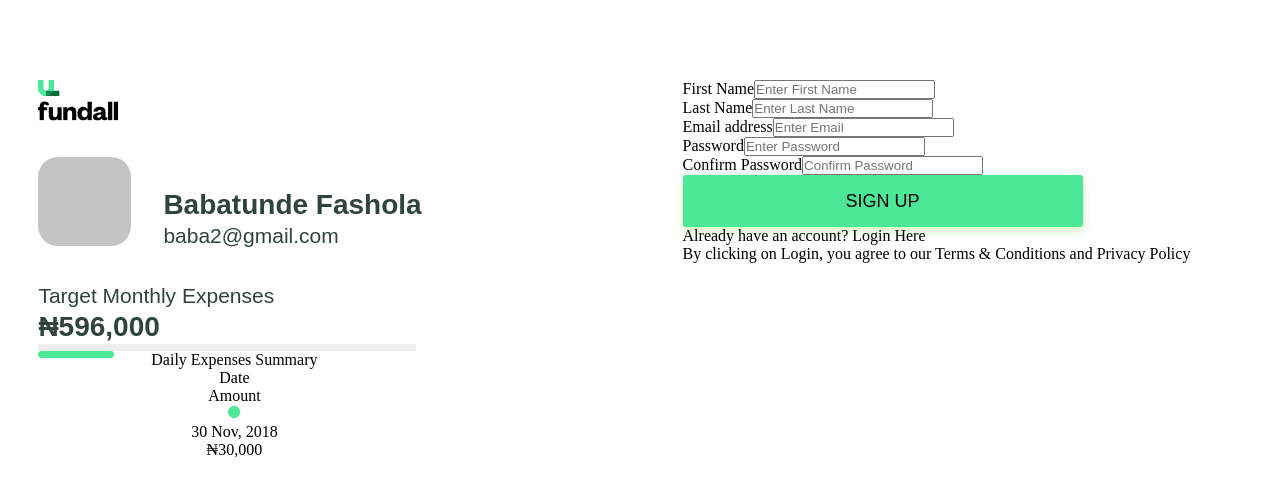
Repository: nilesjamex/niffty
Page: /dashboard
These files come from the project's save history. The page is drawn as it stood at one moment and after the next save; the edit follows.
The browser window is 1280 px wide. The pictures show the whole page.
The project was rebuilt for these pictures with package versions that can differ from the ones it lists, and the page was loaded fresh each time. Also part of the build but not shown: src/components/Nav.vue, src/views/Home.vue, src/views/SignUp.vue, src/views/Login.vue.

Above is the page before, as saved 2022-04-17 08:51:57.

### src/main.js
import { createApp } from 'vue'
import App from './App.vue'
import router from './router'
import '@/styles/global.scss'

createApp(App).use(router).mount('#app')

### src/App.vue
<template>

  <router-view/>
</template>
<script>
// @ is an alias to /src

export default {
  components: {
  }
}
</script>
<style lang="scss">


#nav {
  padding: 30px;

  a {
    font-weight: bold;
    color: #2c3e50;

    &.router-link-exact-active {
      color: #42b983;
    }
  }
}
</style>

### src/router/index.js
import { createRouter, createWebHistory } from 'vue-router'
import Home from '../views/Home.vue';
import SignUp from '../views/SignUp.vue';
import Login from '../views/Login.vue';
import Dashboard from '../views/Dashboard.vue';

const routes = [
  {
    path: '/',
    name: 'Home',
    component: Home
  },
  {
    path: '/signup',
    name: 'signup',
    component: SignUp
  },
  {
    path: '/login',
    name: 'login',
    component: Login
  },
  {
    path: '/dashboard',
    name: 'dashboard',
    component: Dashboard
  }
]

const router = createRouter({
  history: createWebHistory(process.env.BASE_URL),
  routes
})

export default router

### src/styles/global.scss
@import './variables';
@import './mixins.scss';
@import './_typography.scss';
* {
    margin: 0;
    padding: 0;
    box-sizing: border-box;
    max-width: 100vw;
}
@font-face {
    font-family: "CircularStd";
    src: local(CircularStd) url(../fonts/circular-std-medium-500.ttf) format(opentype);
}
input {
    outline: none;
}
button {
    border: none;
    outline: none;
}
a {
    color: inherit;
    text-decoration: none;
}
li {
    list-style: none;
}
.button--signup {
    width: 98.01px;
    height: 42px;
    background: $access-bg;
    border-radius: 10px;
    @include flex(center, center);
    @include access {

    }
}
.button--submit {
    width: 400px;
    height: 52px;
    background: #4DE897;
    box-shadow: 0px 4px 10px rgba(118, 212, 45, 0.3);
    border-radius: 3px;
    @include flex(center, center);
    @include access;
}

### src/views/Dashboard.vue
<template>
   <section class="signup">
      <div class="signup--box">
          <div class="signup--intro">
              <div class="signup--intro--logo">
                  <img src="@/assets/logo.svg" alt="">
              </div>
              <div class="signup--intro--content">
                  <div class="signup--intro--content--profile">
                    <div class="signup--intro--content--profile--image">
                      <img src="@/assets/pfp.svg" alt="">
                    </div>
                    <div class="signup--intro--content--profile--text">
                      <h4>
                        Babatunde Fashola
                      </h4>
                      <p>
                        baba2@gmail.com
                      </p>
                    </div>
                  </div>
                  <div class="signup--intro--content--expense">
                    <p>
                      Target Monthly Expenses
                    </p>
                    <h2>
                      ₦596,000
                    </h2>
                    <div class="percent">
                      <div class="line1"></div>
                      <div class="line2"></div>
                    </div>
                  </div>
                  <div class="signup--intro--content--tab">
                    <p>
                      Daily Expenses Summary
                    </p>
                    <div class="signup--intro--content--tab--summary">
                      <div class="signup--intro--content--tab--summary--heading">
                        <p>Date</p>
                      <p>Amount</p>
                      </div>
                      <div class="signup--intro--content--tab--summary--content">
                        <svg width="13" height="13" viewBox="0 0 13 13" fill="none" xmlns="http://www.w3.org/2000/svg">
<path fill-rule="evenodd" clip-rule="evenodd" d="M6.06372 12.1274C9.41262 12.1274 12.1274 9.41262 12.1274 6.06372C12.1274 2.71482 9.41262 0 6.06372 0C2.71482 0 0 2.71482 0 6.06372C0 9.41262 2.71482 12.1274 6.06372 12.1274Z" fill="#4DE897"/>
</svg>
                        <p>30 Nov, 2018</p>
                      <p>₦30,000</p>
                      </div>
                    </div>
                  </div>
              </div>
          </div>
          <!-- form -->
          <div class="signup--form">
              <form action="">
                  <div class="signup--form--container">
                      <div class="signup--form--name--box">
                          <div class="signup--form--name">
                              <label>First Name</label>
                              <input type="text" name="" placeholder="Enter First Name" id="">
                          </div>
                          <div class="signup--form--name">
                              <label>Last Name</label>
                              <input type="text" name="" placeholder="Enter Last Name" id="">
                          </div>
                      </div>
                      <div class="signup--form--input">
                          <label>Email address</label>
                          <input type="email" name="" placeholder="Enter Email" id="">
                      </div>
                      <div class="signup--form--input">
                          <label>Password</label>
                          <input type="password" name="" placeholder="Enter Password" id="">
                      </div>
                      <div class="signup--form--input">
                          <label>Confirm Password</label>
                          <input type="password" name="" placeholder="Confirm Password" id="">
                      </div>
                      <button class="button--submit">
                          SIGN UP
                      </button>
                      <div class="signup--form--login">
                          <p>
                              Already have an account? <span><a href="/login">Login Here</a></span>
                          </p>
                      </div>
                  </div>
              </form>
               <div class="signup--form--terms">
              <p>
                  By clicking on Login, you agree to our <span>Terms & Conditions and Privacy Policy</span>
              </p>
          </div>
          </div>
      </div>
  </section>
</template>

<script>
export default {

}
</script>

<style scoped lang="scss">
@import '@/styles/mixins.scss';
@import '@/styles/_variables.scss';
@import '@/styles/_typography.scss';
.signup {
    padding: 5rem 7% 5rem 3%;
    background: #FFFFFF;
}
.signup--box {
    @include flex(space-between,);
}
.signup--intro--content {
    width: 392px;
    margin-top: 2rem;
    text-align: center;
}
.signup--intro--content--profile {
  display: flex;
  gap: 2rem;
}
.signup--intro--content--profile--text {
  align-self: flex-end;
  text-align: left;
  h4 {
    @include name;
  }
  p {
    margin: 0rem 0 0.05rem 0;
    @include email;
  }
}
.signup--intro--content--expense {
  margin-top: 2rem;
  text-align: left;
  p {
    @include email;
  }
  h2 {
    @include name;
  }
}
.percent {
  width: 378px;
  position: relative;
  height: 7px;
  border-radius: 10px;
  .line1 {
    width: 100%;
    height: 7px;
    background: #EFEFEF;
  }
  .line2 {
    position: absolute;
    height: 7px;
    width: 20%;
    background: #4DE897;
    border-radius: 10px;
  }
}
</style>

### src/styles/_variables.scss
// colors
$access-bg: #4CE895;

### src/styles/mixins.scss
@mixin flex($justify: flex-start, $align: flex-start) {
    display: flex;
    justify-content: $justify;
    align-items: $align;
}

### src/styles/_typography.scss
@mixin access {
    font-family: 'CircularStd', sans-serif;
    font-size: 1.125rem;
    line-height: 23px;
    color: #000000;
    @content;
}
@mixin heading1 {
    font-family: 'CircularStd', sans-serif;
    font-size: 2.5rem;
    line-height: 51px;
    color: #000000;
    @content;
}
@mixin heading2 {
    font-family: 'CircularStd', sans-serif;
    font-size: 1.5rem;
    line-height: 30px;
    color: #000000;
    @content;
}
@mixin caption {
    font-family: 'CircularStd', sans-serif;
    font-size: 1.3rem;
    line-height: 27px;
    color: #000000;
    @content;
}
@mixin input {
    font-family: 'CircularStd', sans-serif;
    font-style: normal;
    font-size: 18px;
    line-height: 23px;
    color: #30443C;
    @content;
}
@mixin placeholder {
    font-family: 'Nunito Sans';
    font-style: normal;
    font-weight: 400;
    font-size: 18px;
    line-height: 25px;
    color: #30443C;
    mix-blend-mode: normal;
    opacity: 0.5;
    @content;
}
@mixin login {
    font-family: 'Nunito Sans';
    font-style: normal;
    font-weight: 400;
    font-size: 16px;
    line-height: 22px;
    color: #1B2420;
    @content;
}
@mixin holla {
    font-family: 'CircularStd', sans-serif;
    font-style: normal;
    font-size: 34px;
    line-height: 43px;
    color: #1B2420;
    @content;
}
@mixin holla-sign {
    font-family: 'CircularStd', sans-serif;
    font-style: normal;
    font-size: 20px;
    line-height: 25px;
    color: #30443C;
    @content;
}
@mixin name {
    font-family: 'CircularStd', sans-serif;
    font-style: normal;
    font-size: 28px;
    line-height: 35px;
    color: #30443C;
    @content;
}
@mixin email {
    font-family: 'CircularStd', sans-serif;
    font-style: normal;
    font-size: 21px;
    line-height: 27px;
    color: #30443C;
    @content;
}

Loaded but not shown: public/index.html (common file)

After the next save:
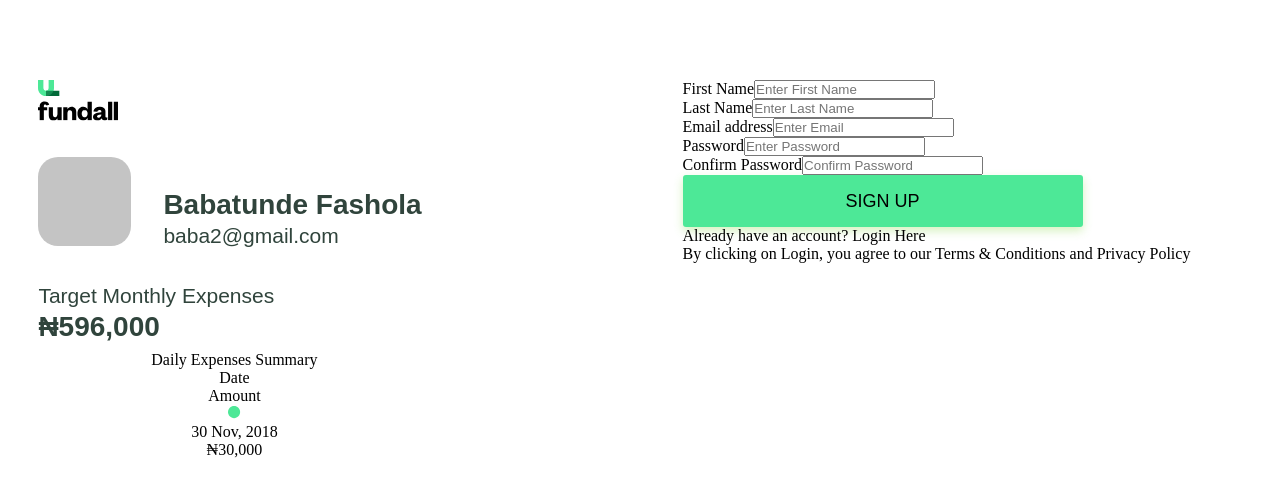
Saved 24 s later.
--- a/src/views/Dashboard.vue
+++ b/src/views/Dashboard.vue
@@ -151,12 +151,12 @@
   border-radius: 10px;
   .line1 {
     width: 100%;
-    height: 7px;
+    /* height: 7px; */
     background: #EFEFEF;
   }
   .line2 {
     position: absolute;
-    height: 7px;
+    /* height: 7px; */
     width: 20%;
     background: #4DE897;
     border-radius: 10px;

After the save that followed:
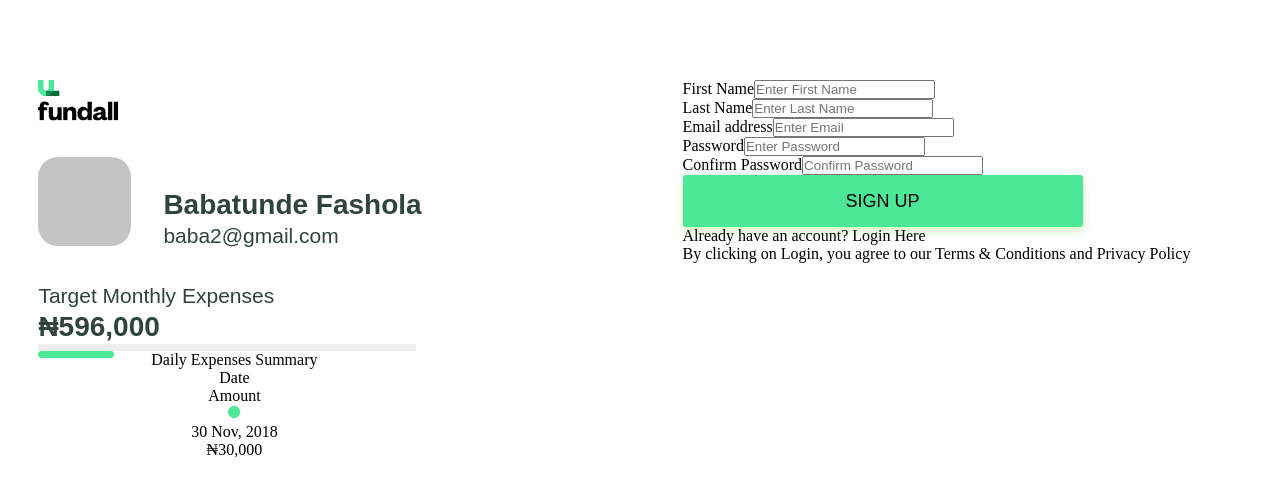
Saved 18 s later.
--- a/src/views/Dashboard.vue
+++ b/src/views/Dashboard.vue
@@ -151,12 +151,12 @@
   border-radius: 10px;
   .line1 {
     width: 100%;
-    /* height: 7px; */
+    height: 7px;
     background: #EFEFEF;
   }
   .line2 {
     position: absolute;
-    /* height: 7px; */
+    height: 7px;
     width: 20%;
     background: #4DE897;
     border-radius: 10px;
